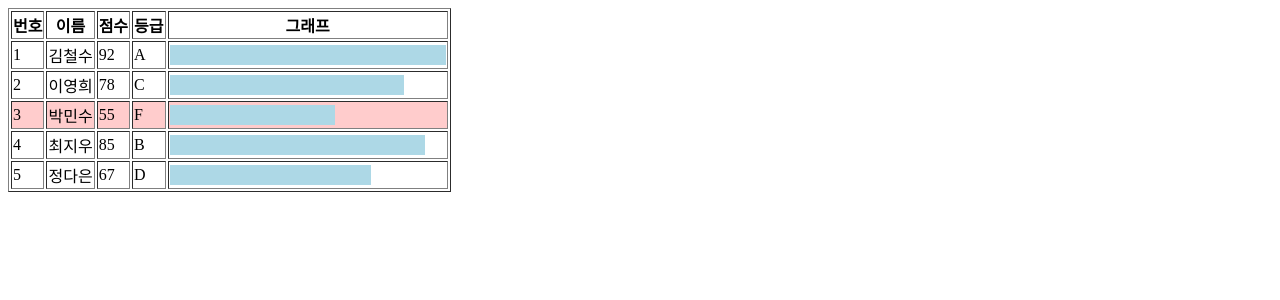
Repository: tldnwkd/jspclass2026
Page: http://localhost/chapter01/example_score.jsp
These files come from the project's save history. The page is drawn as it stood at one moment and after the next save; the edit follows.
The browser window is 1280 px wide. The pictures show the whole page.
The page is served by Tomcat 9.

Above is the page before, as saved 2026-10-16 05:39:08.

After the next save:
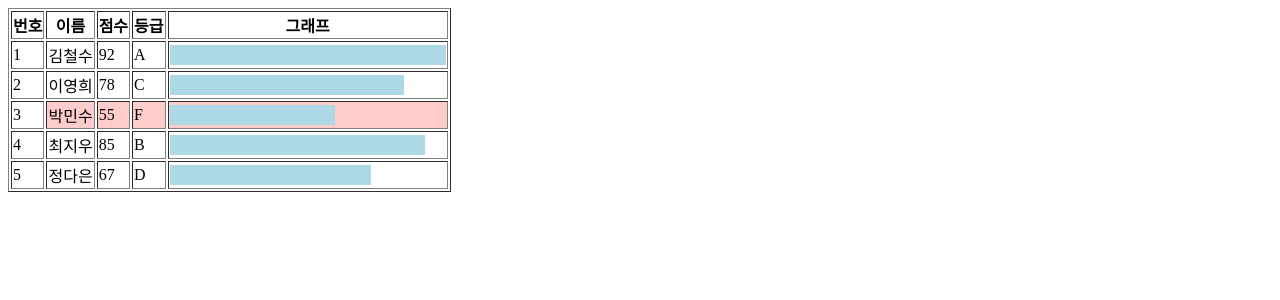
Saved 81 s later.
--- a/chapter01/src/main/webapp/example_score.jsp
+++ b/chapter01/src/main/webapp/example_score.jsp
@@ -32,9 +32,9 @@
 	<th>번호</th><th>이름</th><th>점수</th><th>등급</th><th>그래프</th>
 	</tr>
 	<% for(int i=0; i<names.length; i++) {%>
-		<tr>
+		<tr <%=scores[i]<=60%>?style="background:#ffcccc":style="background:white">
 		<%if(scores[i]<=60){%>
-			<td style="background:#ffcccc"><%=i+1%></td>
+			<td ><%=i+1%></td>
 			<td style="background:#ffcccc"><%= names[i] %></td>
 			<td style="background:#ffcccc"><%=scores[i]%></td>
 			<td style="background:#ffcccc"><%= getGrade(scores[i]) %></td>
